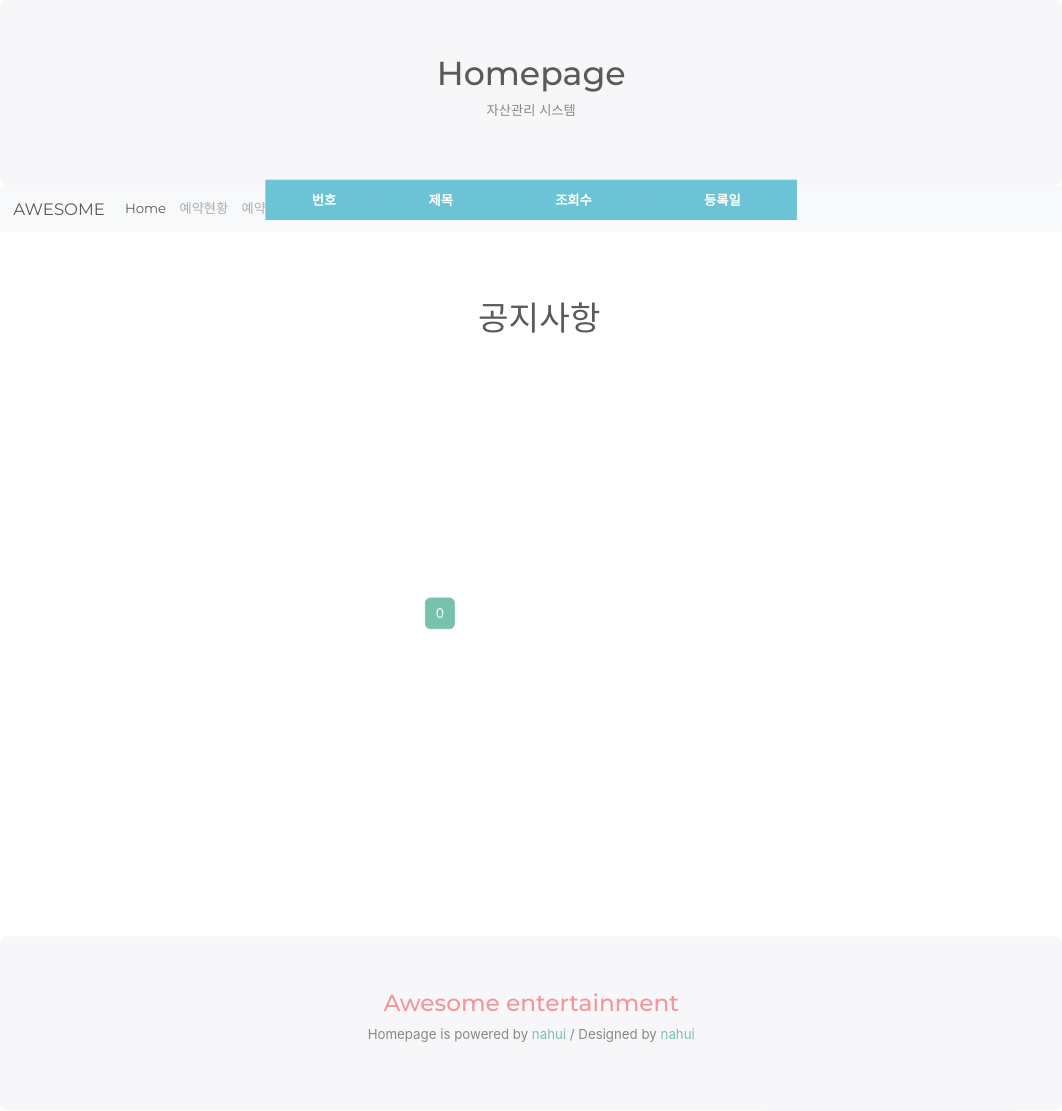
Repository: Nahui068/project1
Page: http://localhost/project1/WEB-INF/views/main.jsp
An editor plug-in stored every save of this project. The page is shown before and after the next save, followed by the edit.
The browser window is 1280 px wide. The pictures show the whole page, at 83% of full size.
The page is served by Tomcat 9. Nobody is signed in. The template is opened directly, without the code that normally fills it, so the values that code supplies are empty.

Above is the page before, as saved 2021-01-07 02:06:02.

After the next save:
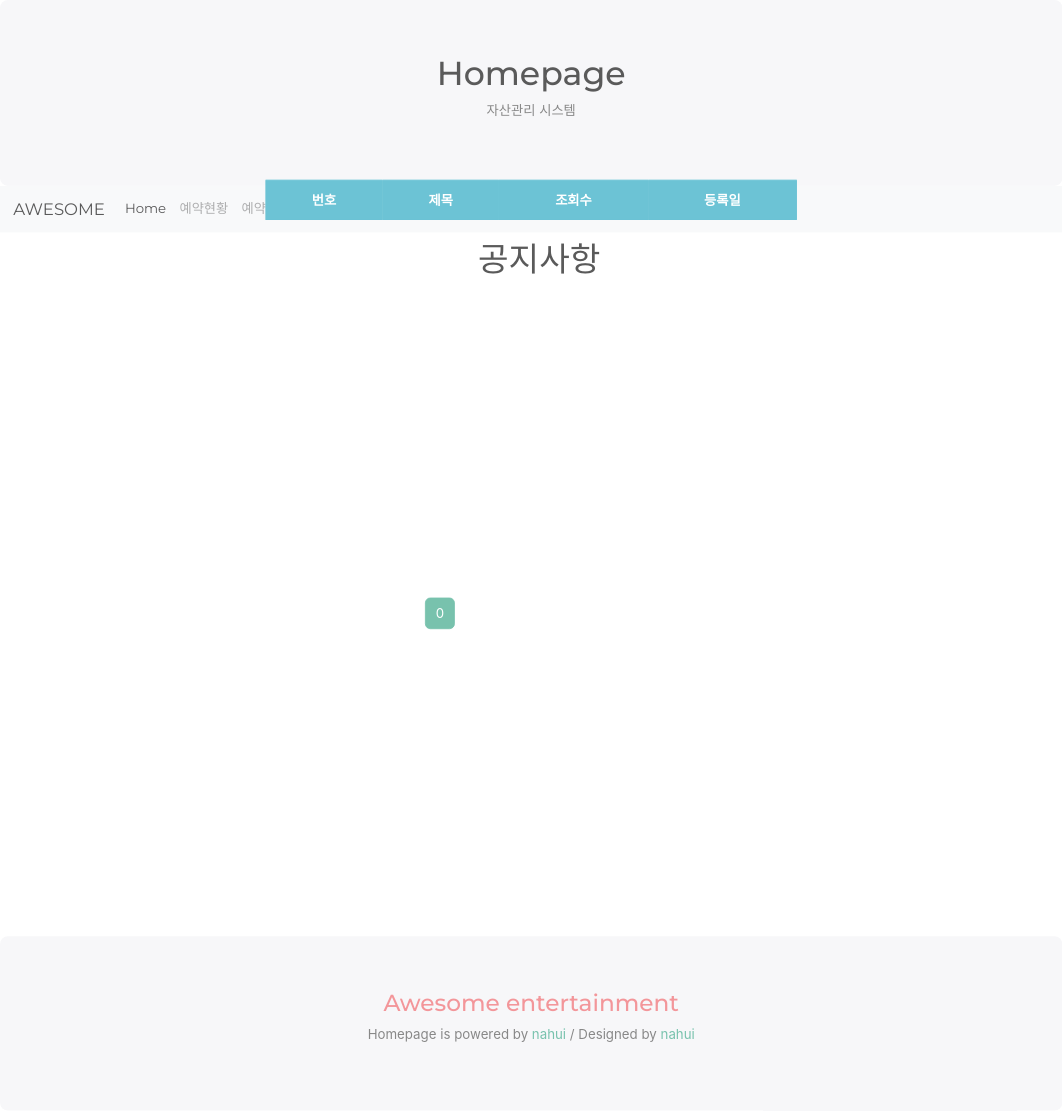
Saved 8 s later.
--- a/project1/src/main/webapp/WEB-INF/views/main.jsp
+++ b/project1/src/main/webapp/WEB-INF/views/main.jsp
@@ -61,7 +61,7 @@
 	<title>메인화면</title>
 </head>
 <body>
-	<h1 style="position:absolute; top:50%; left:45%;">공지사항</h1>
+	<h1 style="position:absolute; top:40%; left:45%;">공지사항</h1>
 	<table class="table table-hover" style="position:absolute; top:30%; left:25%; width:50%;">
 		<tr class="table-info" style="text-align:center;">
 			<th>번호</th>
